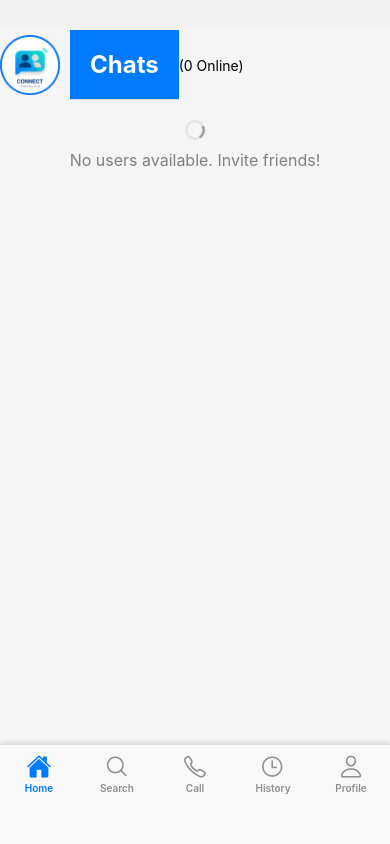
Repository: UdayRaj04/Chatapp_native
Screen: /MainTabs (app in ChatAppFrontend/)
These files come from the project's save history. The screen is drawn as it stood at one moment and after the next save; the edit follows.
The app was drawn by React Native's web renderer in a window 390 px wide. The project was rebuilt for these pictures with package versions that can differ from the ones it lists, and the page was loaded fresh each time. Some packages were replaced by stand-ins written for this rebuild. Also part of the build but not shown: ChatAppFrontend/screens/RegisterScreen.tsx, ChatAppFrontend/screens/ChatScreen.tsx, ChatAppFrontend/screens/SearchScreen.tsx, ChatAppFrontend/screens/AnalyticsScreen.tsx, ChatAppFrontend/screens/HistoryScreen.tsx, ChatAppFrontend/screens/ProfileScreen.tsx.

Above is the screen before, as saved 2025-09-09 17:52:50.

After the next save:
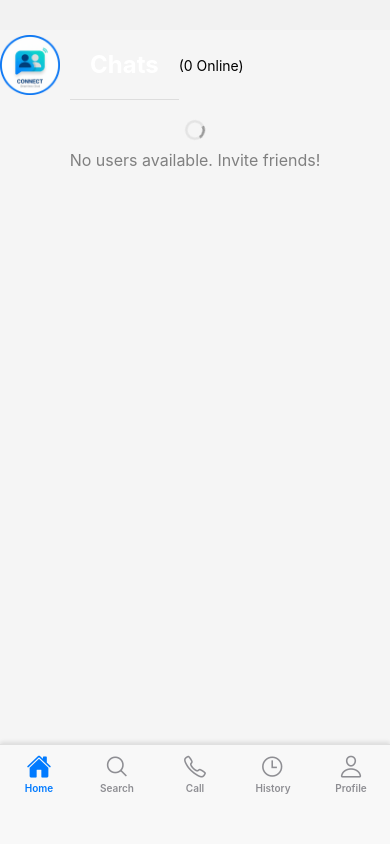
Saved 5 s later.
--- a/ChatAppFrontend/screens/ChatListScreen.tsx
+++ b/ChatAppFrontend/screens/ChatListScreen.tsx
@@ -224,7 +224,7 @@
     padding: 20,
     color: '#ffffffff',
     textAlign: 'center',
-    backgroundColor: '#007AFF',
+
     borderBottomWidth: 1,
     borderBottomColor: '#ddd',
     elevation: 2,

After the save that followed:
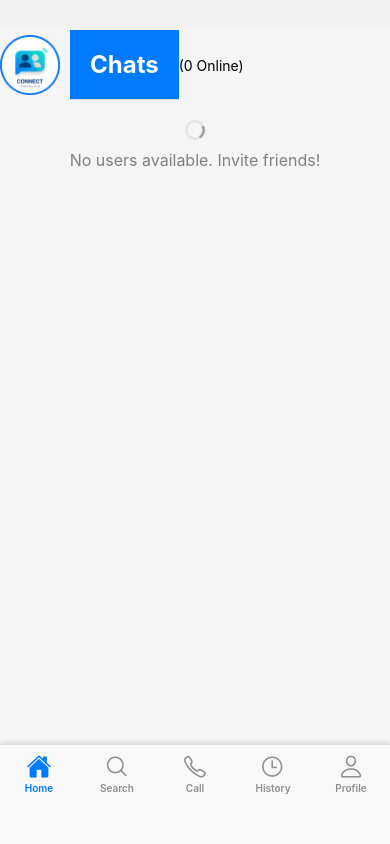
Saved 6 s later.
--- a/ChatAppFrontend/screens/ChatListScreen.tsx
+++ b/ChatAppFrontend/screens/ChatListScreen.tsx
@@ -224,7 +224,7 @@
     padding: 20,
     color: '#ffffffff',
     textAlign: 'center',
-
+    backgroundColor: '#007AFF',
     borderBottomWidth: 1,
     borderBottomColor: '#ddd',
     elevation: 2,
